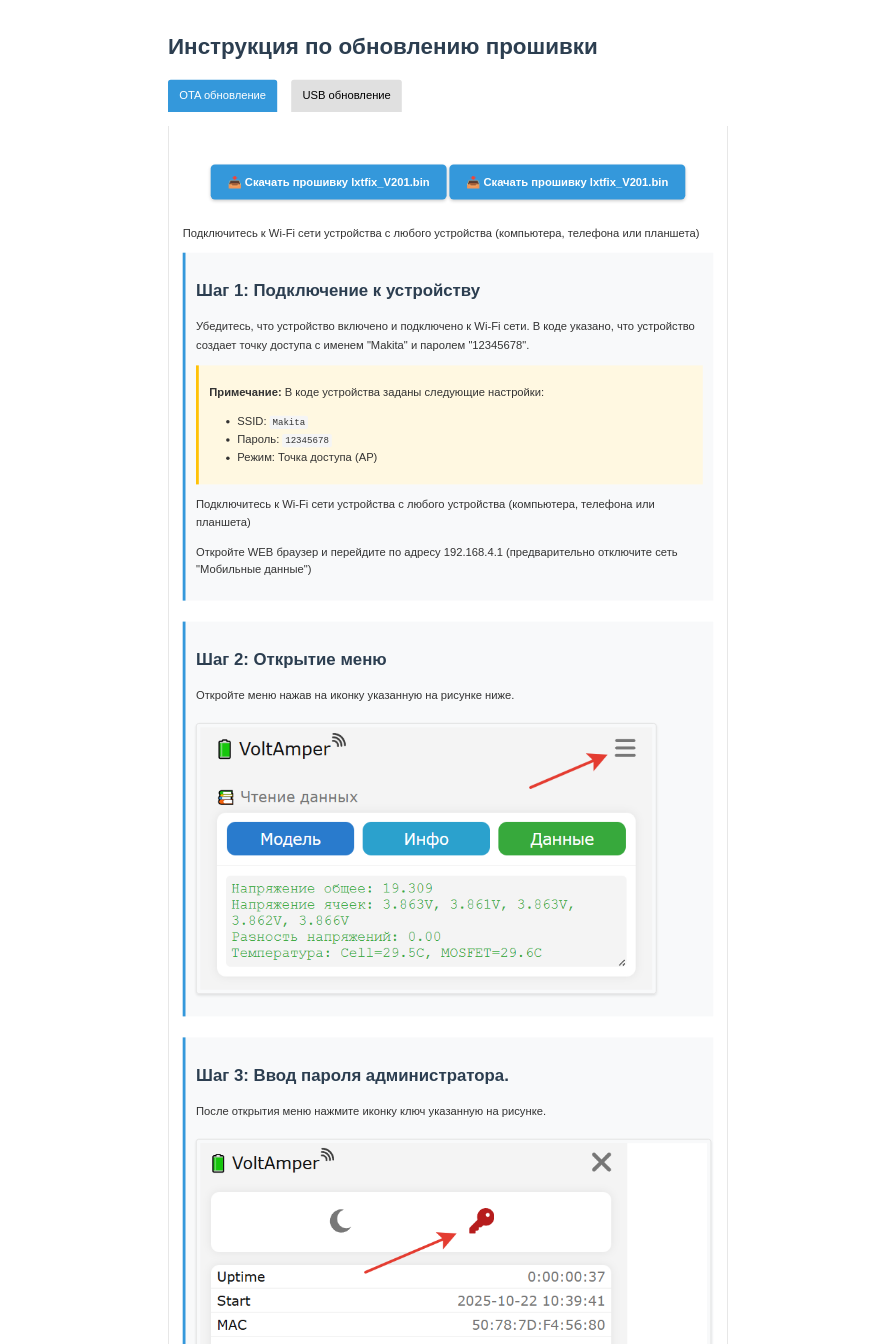
Repository: NikElectronics/ELIXStoFIX
Page: firmware.html
These files come from the project's save history. The page is drawn as it stood at one moment and after the next save; the edit follows.
The browser window is 1280 px wide. The pictures show the part of the page from y = 0 to 1920 px (the page is 5601 px tall before and 5701 px after), at 70% of full size.

Above is the page before, as saved 2026-01-19 05:03:51.

### firmware.html
<!DOCTYPE html>
<html lang="ru">

<head>
    <meta charset="UTF-8">
    <meta name="viewport" content="width=device-width, initial-scale=1.0">
    <title>Инструкция по обновлению прошивки</title>
    <style>
        body {
            font-family: Arial, sans-serif;
            line-height: 1.6;
            max-width: 800px;
            margin: 0 auto;
            padding: 20px;
            color: #333;
        }

        h1,
        h2,
        h3 {
            color: #2c3e50;
        }

        .step {
            margin-bottom: 30px;
            padding: 15px;
            border-left: 4px solid #3498db;
            background-color: #f8f9fa;
        }

        .screenshot {
            max-width: 100%;
            border: 1px solid #ddd;
            border-radius: 4px;
            padding: 5px;
            margin: 10px 0;
            box-shadow: 0 2px 4px rgba(0, 0, 0, 0.1);
            cursor: pointer;
            transition: transform 0.3s ease;
        }

        .screenshot:hover {
            transform: scale(1.05);
        }

        /* Стили для модального окна изображения */
        .modal {
            display: none;
            position: fixed;
            z-index: 1000;
            left: 0;
            top: 0;
            width: 100%;
            height: 100%;
            background-color: rgba(0, 0, 0, 0.9);
            backdrop-filter: blur(5px);
        }

        .modal-content {
            display: block;
            margin: auto;
            max-width: 90%;
            max-height: 90%;
            position: absolute;
            top: 50%;
            left: 50%;
            transform: translate(-50%, -50%);
            border-radius: 8px;
        }

        .close {
            position: absolute;
            top: 20px;
            right: 35px;
            color: #fff;
            font-size: 40px;
            font-weight: bold;
            cursor: pointer;
            z-index: 1001;
        }

        .close:hover {
            color: #ccc;
        }

        .note {
            background-color: #fff8e1;
            border-left: 4px solid #ffc107;
            padding: 10px 15px;
            margin: 15px 0;
        }

        .warning {
            background-color: #ffebee;
            border-left: 4px solid #f44336;
            padding: 10px 15px;
            margin: 15px 0;
        }

        code {
            background-color: #f5f5f5;
            padding: 2px 4px;
            border-radius: 3px;
            font-family: monospace;
        }

        .download-btn {
            display: inline-block;
            background-color: #3498db;
            color: white;
            padding: 12px 24px;
            text-decoration: none;
            border-radius: 6px;
            font-weight: bold;
            transition: all 0.3s ease;
            box-shadow: 0 2px 5px rgba(0, 0, 0, 0.2);
            margin: 15px 0;
        }

        .download-btn:hover {
            background-color: #2980b9;
            transform: translateY(-2px);
            box-shadow: 0 4px 8px rgba(0, 0, 0, 0.2);
        }

        .download-btn:active {
            transform: translateY(0);
            box-shadow: 0 2px 3px rgba(0, 0, 0, 0.2);
        }

        .download-container {
            text-align: center;
            margin: 20px 0;
        }

        .tab-btn {
            background-color: #e0e0e0;
            border: none;
            outline: none;
            cursor: pointer;
            padding: 14px 16px;
            font-size: 16px;
            border-radius: 4px 4px 0 0;
            transition: 0.3s;
        }

        .tab-btn.active {
            background-color: #3498db;
            color: white;
        }

        .tab-btn:hover:not(.active) {
            background-color: #bdc3c7;
        }

        .tab-content {
            padding: 20px;
            border: 1px solid #ddd;
            border-top: none;
            border-radius: 0 0 4px 4px;
        }
    </style>
</head>

<body>

    <h1>Инструкция по обновлению прошивки</h1>

    <div style="display: flex; gap: 20px; margin: 20px 0;">
        <button id="otaTab" class="tab-btn active" onclick="showTab('ota')">OTA обновление</button>
        <button id="usbTab" class="tab-btn" onclick="showTab('usb')">USB обновление</button>
    </div>

    <div id="otaContent" class="tab-content">

        <div class="download-container" id="downloadSection">
            <a href="files/lxtfix_V201.bin" download class="download-btn">
                📥 Скачать прошивку lxtfix_V201.bin
            </a>
            <a href="files/lxtfix_V3.0(XGT).bin" download class="download-btn">
                📥 Скачать прошивку lxtfix_V201.bin
            </a>
        </div>

        <p>Подключитесь к Wi-Fi сети устройства с любого устройства (компьютера, телефона или планшета)</p>

        <div class="step">
            <h2>Шаг 1: Подключение к устройству</h2>
            <p>Убедитесь, что устройство включено и подключено к Wi-Fi сети. В коде указано, что устройство создает
                точку
                доступа с именем "Makita" и паролем "12345678".</p>
            <div class="note">
                <p><strong>Примечание:</strong> В коде устройства заданы следующие настройки:</p>
                <ul>
                    <li>SSID: <code>Makita</code></li>
                    <li>Пароль: <code>12345678</code></li>
                    <li>Режим: Точка доступа (AP)</li>
                </ul>
            </div>
            <p>Подключитесь к Wi-Fi сети устройства с любого устройства (компьютера, телефона или планшета)</p>
            <p>Откройте WEB браузер и перейдите по адресу 192.168.4.1 (предварительно отключите сеть "Мобильные данные")
            </p>
        </div>

        <div class="step">
            <h2>Шаг 2: Открытие меню</h2>
            <p>Откройте меню нажав на иконку указанную на рисунке ниже. </p>
            <img src="images/menu.png" alt="Главная страница веб-интерфейса" class="screenshot">
        </div>

        <div class="step">
            <h2>Шаг 3: Ввод пароля администратора.</h2>
            <p>После открытия меню нажмите иконку ключ указанную на рисунке.</p>
            <img src="images/menu_open.png" alt="Главная страница веб-интерфейса" class="screenshot">
            <p>И введите в поле, открывшегося окна Password, пароль LXTFIX (для новых версий) или nik1709 (для старых
                версий)</p>
            <img src="images/password.png" alt="Главная страница веб-интерфейса" class="screenshot">
        </div>

        <div class="step">
            <h2>Шаг 4: Выбор прошивки</h2>
            <p>После ввода правильного пароля иконка ключа станет зеленым и появится иконка ОТА (облако)".</p>
            <p>Нажав на иконку OTA откроется проводник файлов вашего устройства. Найдите и выберите заранее скачанную
                прошивку.</p>
            <img src="images/pass_good.png" alt="Раздел программатора" class="screenshot">
            <div class="note">
                <p><strong>Примечание:</strong> Убедитесь, что файл прошивки имеет правильный формат (обычно .bin) и
                    совместим с вашим устройством.</p>
            </div>
        </div>

        <div class="step">
            <h2>Шаг 5: Загрузка новой прошивки</h2>
            <p>После выбора файла прошивки нажмите кнопку ОК для начала загрузки. </p>
            <img src="images/firmware.png" alt="Интерфейс загрузки прошивки" class="screenshot">
        </div>

        <div class="step">
            <h2>Шаг 6: Процесс обновления</h2>
            <p>При обновлении прошивки иконка облако станет зеленым. Не прерывайте процесс обновления и не отключайте
                питание устройства до появления сообщения "OTA завершено" в нижней части экрана.</p>
            <img src="images/green.png" alt="Процесс обновления прошивки" class="screenshot">
            <div class="warning">
                <p><strong>Внимание:</strong> Прерывание процесса обновления может привести к повреждению прошивки и
                    необходимости физического перепрограммирования устройства!</p>
            </div>
        </div>

        <div class="step">
            <h2>Шаг 7: Завершение обновления</h2>
            <p>После успешной загрузки прошивки устройство обычно перезагружается автоматически. Если этого не
                произошло, вы
                можете перезагрузить устройство вручную с помощью кнопки "Перезагрузить" в веб-интерфейсе или выключив и
                включив питание.</p>
        </div>

        <div class="step">
            <h2>Шаг 8: Проверка новой версии</h2>
            <p>После перезагрузки снова откройте меню и проверьте, что версия прошивки изменилась на новую.</p>
            <img src="images/control.png" alt="Процесс обновления прошивки" class="screenshot">
        </div>

        <div class="note" id="additionalInfo">
            <h3>Дополнительная информация</h3>
            <p>В коде устройства реализована система лицензирования через серийный номер. Если после обновления
                возникают
                проблемы с лицензией, проверьте правильность введенного ключа в разделе программатора. Обратитесь в
                техподдержку.</p>
        </div>

        <div class="warning" id="importantWarnings">
            <h3>Важные предупреждения</h3>
            <ul>
                <li>Под паролем администратора не совершайте иных действий кроме указанных в данной инструкции.</li>
                <li>Убедитесь, что источник прошивки надежный и файл не поврежден</li>
                <li>Не прерывайте процесс обновления</li>
                <li>Убедитесь, что устройство имеет стабильное питание во время обновления</li>
            </ul>
        </div>
    </div>

    <div id="usbContent" class="tab-content" style="display: none;">
        <div class="download-container" id="downloadSectionUsb">
            <a href="files/lxtfix_V201.bin" download class="download-btn">
                📥 Скачать прошивку lxtfix_V201.bin
            </a>
        </div>

        <div class="step">
            <h2>Шаг 1: Подготовка к USB обновлению</h2>
            <p>Для обновления прошивки через USB понадобится:</p>
            <ul>
                <li>USB кабель (micro-USB или USB-C, в зависимости от модели устройства)</li>
                <li>Скачанная прошивка (.bin файл)</li>
                <li>WEB ресурс для прошивки <a href="https://esptool.spacehuhn.com/" target="_blank">ESPWebTool</a></li>
            </ul>
            <div class="note">
                <p><strong>Примечание:</strong> Убедитесь, что у вас установлены драйверы для подключения ESP32 к
                    компьютеру и устройство определяется.</p>
            </div>
        </div>

        <div class="step">
            <h2>Шаг 2: Подключение к прибору</h2>
            <p>Подключите USB кабель к диагностическому модулю.</p>
            <img src="images/usb-connection.png" alt="Подключение устройства через USB" class="screenshot">
        </div>

        <div class="step">
            <h2>Шаг 3: Запуск режима прошивки</h2>
            <img src="images/esp.png" alt="Запуск прошивки" class="screenshot">
            <p>Зажмите кнопку BOOT на плате ESP32 и подайте питание подключив USB кабель к компьютеру, удерживая кнопку.
                После включения питания можно отпустить кнопку.</p>
            <div class="note">
                <p><strong>Примечание:</strong> Устройство должно появиться в диспетчере устройств как COM порт.</p>
            </div>
        </div>

        <div class="step">
            <h2>Шаг 4: Настройка и загрузка прошивки</h2>
            <p>Откройте <a href="https://esptool.spacehuhn.com/" target="_blank">ESPWebTool</a> и настройте параметры:
            </p>
            <ul>
                <li>Нажмите иконку CONNECT</li>
                <img src="images/connect.png" alt="Интерфейс программатора" class="screenshot">
                <li>Из предлагаемого списка com выберите USB JTAG/Serial debug и нажмите Подключение</li>
                <img src="images/JTAG.png" alt="Интерфейс программатора" class="screenshot">
                <li>Нажав иконку SELECT и выберите файл прошивки, который вы скачали ранее </li>
                <img src="images/Select.png" alt="Интерфейс программатора" class="screenshot">
                <li>Нажмите иконку PROGRAM.</li>
                <img src="images/Program.png" alt="Интерфейс программатора" class="screenshot">
                <li>Дождитесь окончания загруки.</li>
            </ul>
            <!-- <img src="images/programmer-tab.jpeg" alt="Интерфейс программатора" class="screenshot"> -->
        </div>

        <!-- <div class="step">
            <h2>Шаг 5: Загрузка прошивки</h2>
            <p>Начните процесс прошивки, нажав кнопку "Start" или "Upload" в программе. Дождитесь завершения процесса.</p>
            <img src="images/programmer-tab.jpeg" alt="Процесс загрузки прошивки" class="screenshot">
            <div class="warning">
                <p><strong>Внимание:</strong> Не отключайте USB кабель и не выключайте устройство до завершения процесса прошивки!</p>
            </div>
        </div> -->

        <div class="step">
            <h2>Шаг 5: Перезагрузка устройства</h2>
            <p>После успешной загрузки прошивки отключите питание устройства и отсоедините USB кабель. Затем снова
                подключите питание, чтобы запустить новую прошивку.</p>
        </div>

        <div class="step">
            <h2>Шаг 6: Проверка новой версии</h2>
            <p>После перезагрузки откройте веб-интерфейс устройства и проверьте, что версия прошивки изменилась на
                новую.</p>
            <img src="images/control.png" alt="Версия прошивки" class="screenshot">
        </div>

        <div class="note" id="additionalInfoUsb">
            <h3>Дополнительная информация</h3>
            <p>Если у вас возникли проблемы с подключением устройства к компьютеру, проверьте наличие и
                работоспособность USB драйверов.</p>
            <p>В коде устройства реализована система лицензирования через серийный номер. Если после обновления
                возникают
                проблемы с лицензией, проверьте правильность введенного ключа в разделе программатора. Обратитесь в
                техподдержку.</p>
        </div>

        <div class="warning" id="importantWarningsUsb">
            <h3>Важные предупреждения</h3>
            <ul>
                <li>Убедитесь, что используете правильный файл прошивки для вашей модели устройства</li>
                <li>Не прерывайте процесс прошивки до его завершения</li>
                <li>Убедитесь, что устройство имеет стабильное питание во время обновления</li>
                <li>Проверьте правильность настроек COM порта и скорости соединения</li>
                <li>Убедитесь, что источник прошивки надежный и файл не поврежден</li>
            </ul>
        </div>
    </div>

    <!-- Модальное окно для изображений -->
    <div class="modal" id="imageModal">
        <span class="close" id="closeModal">&times;</span>
        <img class="modal-content" id="modalImage" src="" alt="">
    </div>

    <script>
        // Функция переключения вкладок
        function showTab(tabName) {
            // Скрыть все содержимое вкладок
            document.getElementById('otaContent').style.display = 'none';
            document.getElementById('usbContent').style.display = 'none';

            // Убрать активный класс со всех кнопок
            document.getElementById('otaTab').classList.remove('active');
            document.getElementById('usbTab').classList.remove('active');

            // Показать выбранную вкладку и сделать кнопку активной
            document.getElementById(tabName + 'Content').style.display = 'block';
            document.getElementById(tabName + 'Tab').classList.add('active');
        }

        // Функция для открытия модального окна с изображением
        function openImageModal(src, alt) {
            const modal = document.getElementById('imageModal');
            const modalImg = document.getElementById('modalImage');
            const closeModal = document.getElementById('closeModal');

            modalImg.src = src;
            modalImg.alt = alt;

            modal.style.display = 'block';

            // Обработчики закрытия
            closeModal.onclick = function () {
                modal.style.display = 'none';
            };

            modal.onclick = function () {
                modal.style.display = 'none';
            };
        }

        // Добавляем функционал для увеличения изображений
        document.addEventListener('click', function (event) {
            // Проверяем, является ли клик по изображению в контейнере
            if (event.target.classList.contains('screenshot')) {
                openImageModal(event.target.src, event.target.alt);
            }
        });

        // Закрытие модального окна при нажатии на клавишу Escape
        document.addEventListener('keydown', function (event) {
            if (event.key === 'Escape') {
                const modal = document.getElementById('imageModal');
                if (modal.style.display === 'block') {
                    modal.style.display = 'none';
                }
            }
        });
    </script>
</body>

</html>

After the next save:
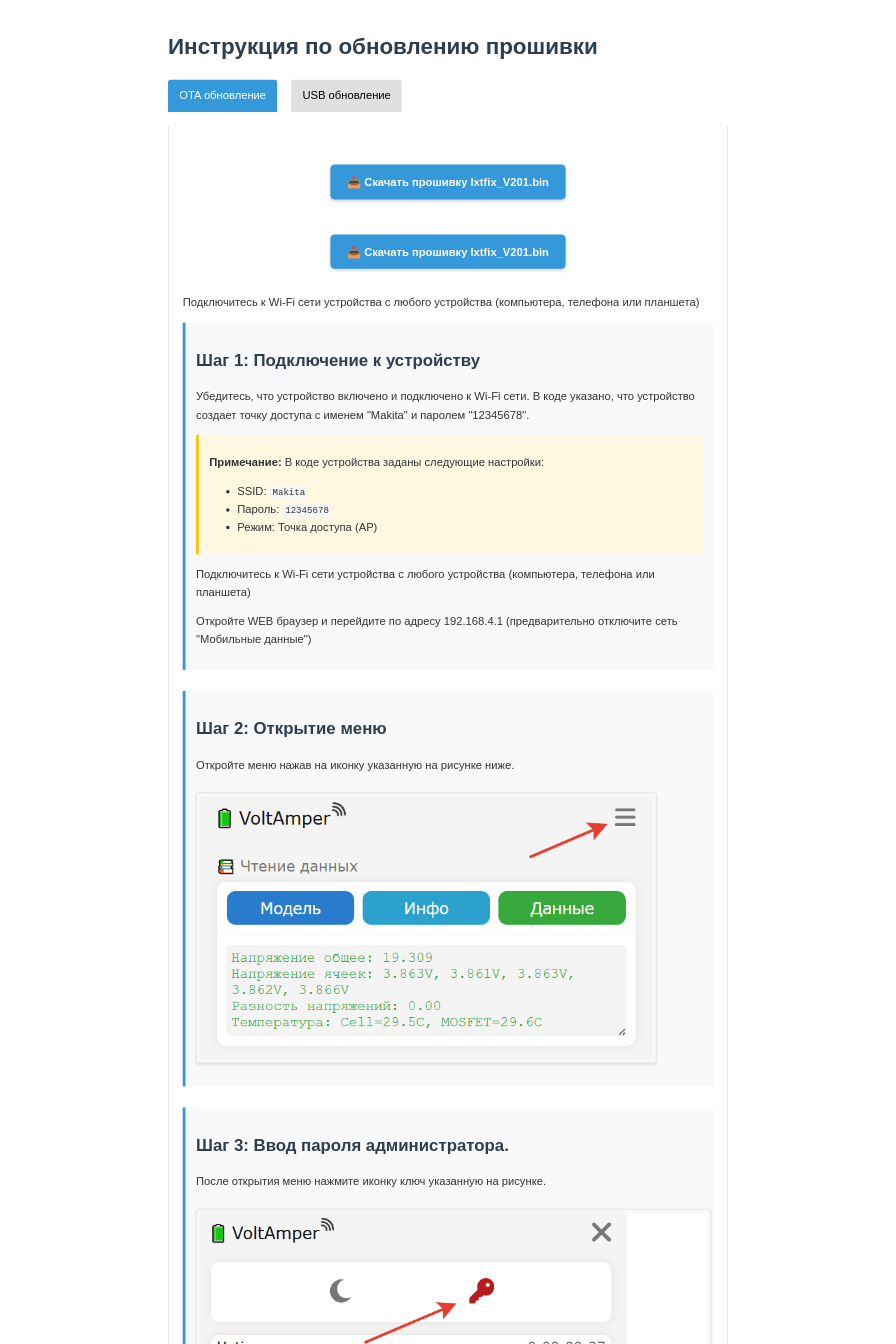
Saved 40 s later.
--- a/firmware.html
+++ b/firmware.html
@@ -177,6 +177,8 @@
             <a href="files/lxtfix_V201.bin" download class="download-btn">
                 📥 Скачать прошивку lxtfix_V201.bin
             </a>
+        </div>
+                <div class="download-container" id="downloadSection">
             <a href="files/lxtfix_V3.0(XGT).bin" download class="download-btn">
                 📥 Скачать прошивку lxtfix_V201.bin
             </a>
